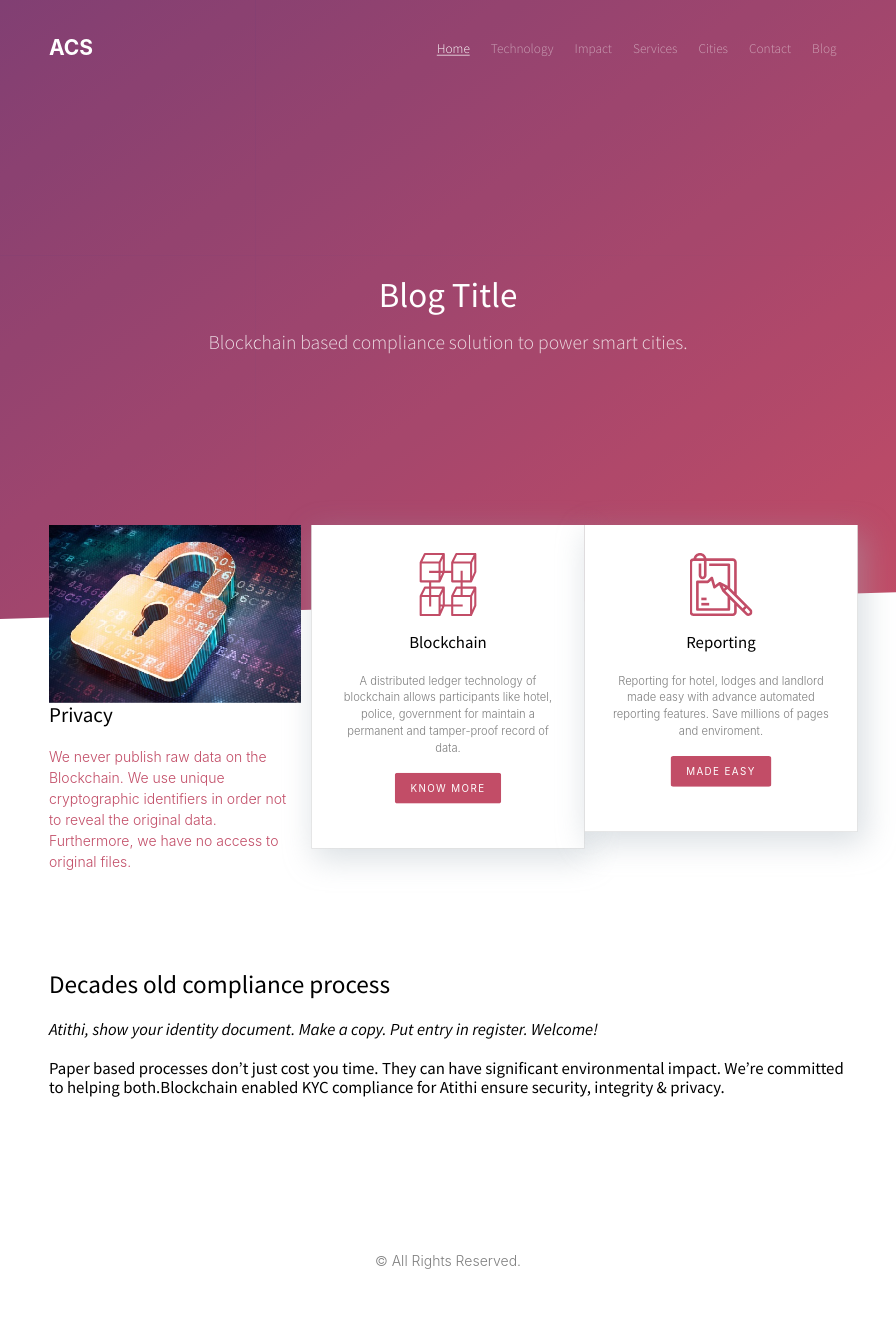
Repository: agarwalrahul-22/acs
Page: /blog
These files come from the project's save history. The page is drawn as it stood at one moment and after the next save; the edit follows.
The browser window is 1280 px wide. The pictures show the whole page, at 70% of full size.
Some web fonts or font styles are not loaded; a fallback is used. The project was rebuilt for these pictures with package versions that can differ from the ones it lists, and the page was loaded fresh each time. Also part of the build but not shown: src/components/main/LandingComponent.js, src/components/main/TechComponent.js, src/components/main/ImpactComponent.js, src/components/main/ServicesComponent.js, src/components/main/CitiesComponent.js, src/components/MainComponent.js.

Above is the page before, as saved 2022-10-10 21:59:53.

After the next save:
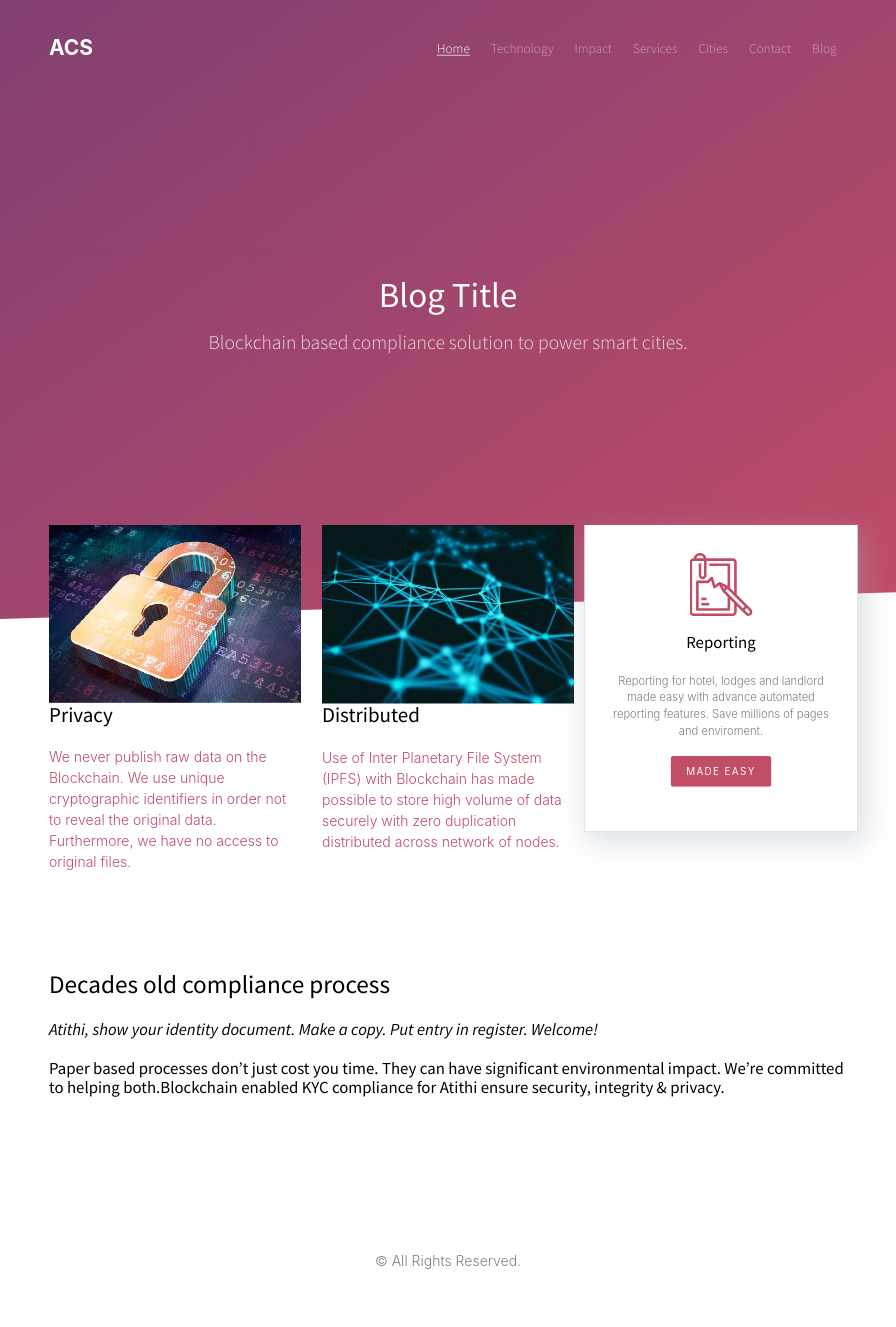
Saved 70 s later.
--- a/src/components/BlogComponent.js
+++ b/src/components/BlogComponent.js
@@ -50,31 +50,21 @@ function BlogComponent() {
                 </div>
               </a>
             </div>
-            <div
-              className="fh5co-block to-animate"
-              style={{ backgroundImage: { img8 } }}
-            >
-              <div className="overlay-darker"></div>
-              <div className="overlay"></div>
-              <div className="fh5co-text">
-                <img
-                  src={blockchain}
-                  style={{ width: 90, height: 90 }}
-                  alt=""
-                />
-                <p></p>
-                <h2>Blockchain</h2>
-                <p>
-                  A distributed ledger technology of blockchain allows
-                  participants like hotel, police, government for maintain a
-                  permanent and tamper-proof record of data.
-                </p>
-                <p>
-                  <a href="#" className="btn btn-primary">
-                    Know More
-                  </a>
-                </p>
-              </div>
+            <div className="col-md-4 col-sm-6 col-xxs-12">
+              <a
+                href={distributed}
+                className="fh5co-project-item image-popup to-animate"
+              >
+                <img src={distributed} alt="Image" className="img-responsive" />
+                <div className="fh5co-text">
+                  <h2>Distributed</h2>
+                  <span>
+                    Use of Inter Planetary File System (IPFS) with Blockchain
+                    has made possible to store high volume of data securely with
+                    zero duplication distributed across network of nodes.
+                  </span>
+                </div>
+              </a>
             </div>
             <div
               className="fh5co-block to-animate"
